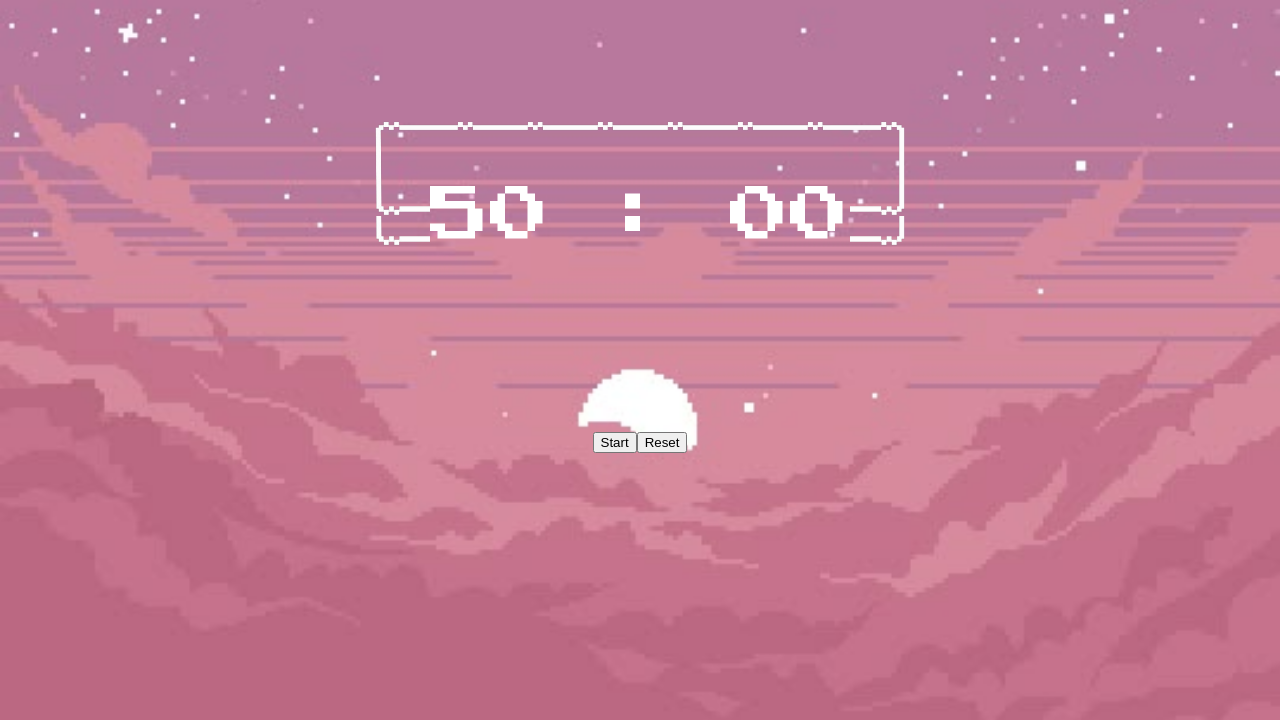
Repository: niharikapatil2306/Study-Timer
Page: index.html
These files come from the project's save history. The page is drawn as it stood at one moment and after the next save; the edit follows.
The browser window is 1280 px wide. The pictures show the whole page.

Above is the page before, as saved 2025-02-15 17:38:48.

After the next save:
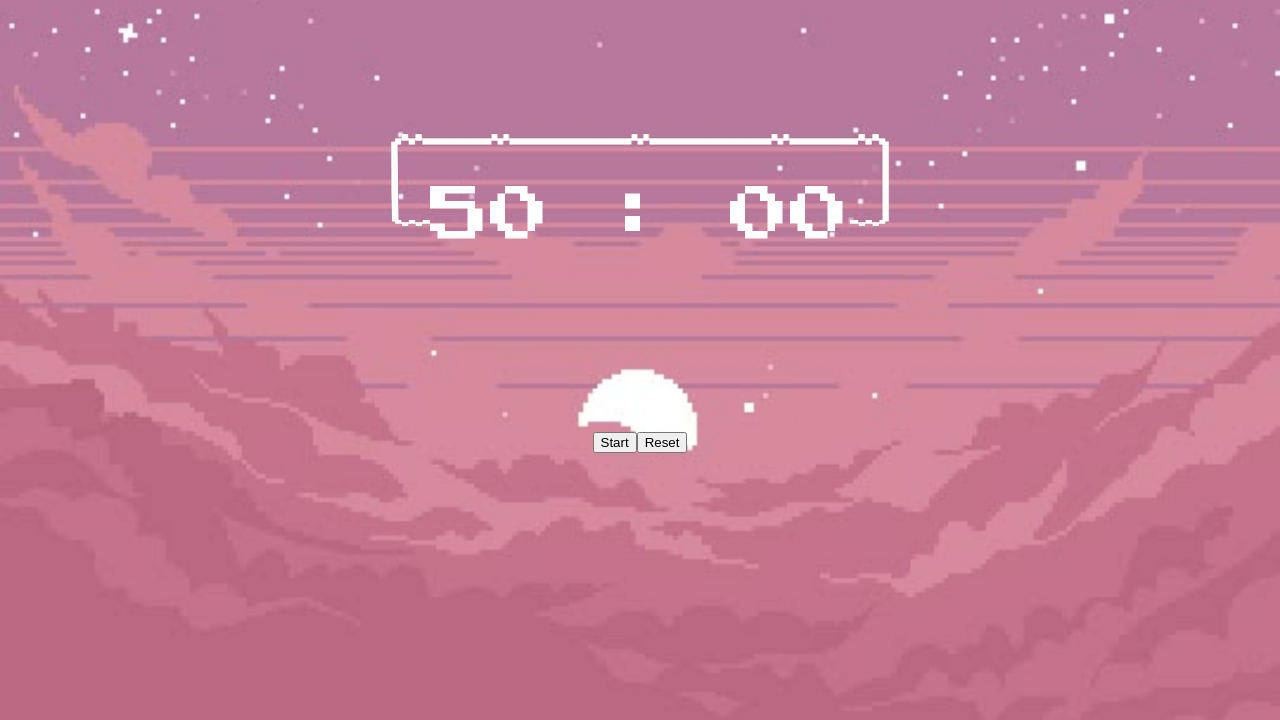
Saved 4 s later.
--- a/style.css
+++ b/style.css
@@ -11,7 +11,7 @@
 
 .box{
     border: 100px solid transparent;
-    border-image: url('./img/border1.png') 200 round;
+    border-image: url('./img/border1.png') 150 round;
 }
 
 .timer{

After the save that followed:
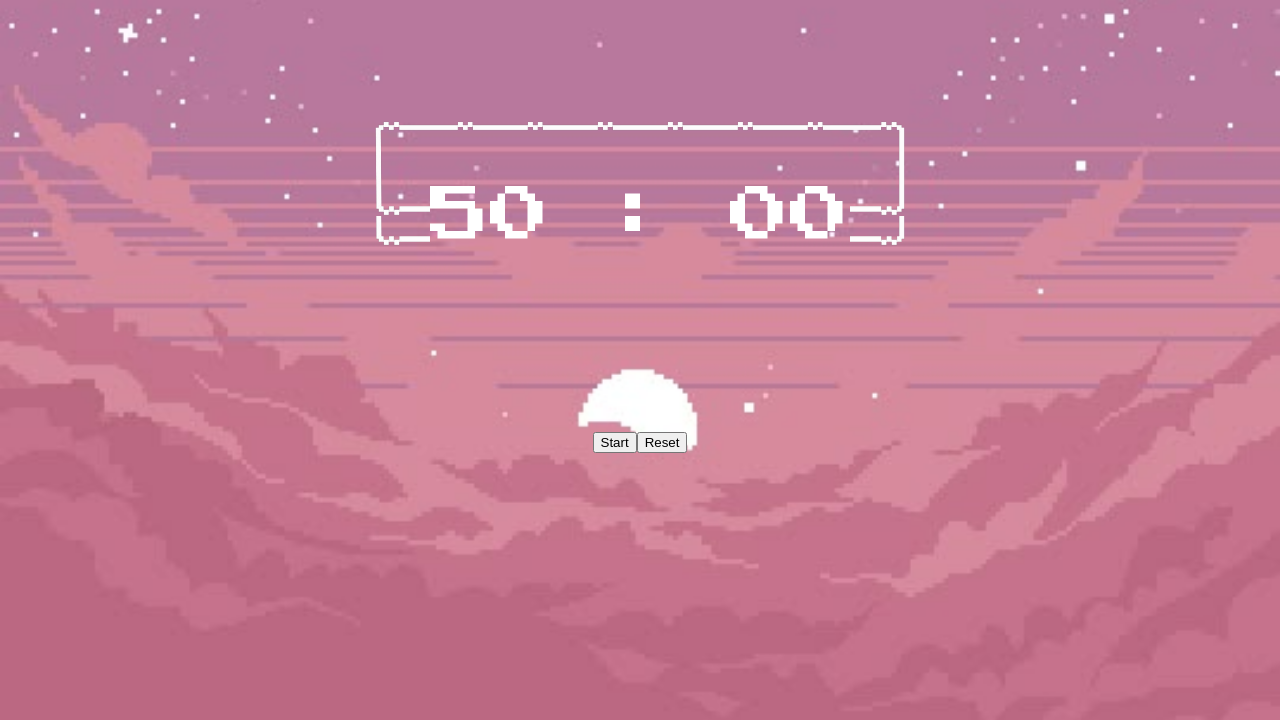
Saved 43 s later.
--- a/style.css
+++ b/style.css
@@ -11,7 +11,7 @@
 
 .box{
     border: 100px solid transparent;
-    border-image: url('./img/border1.png') 150 round;
+    border-image: url('./img/border1.png') 200 round;
 }
 
 .timer{
